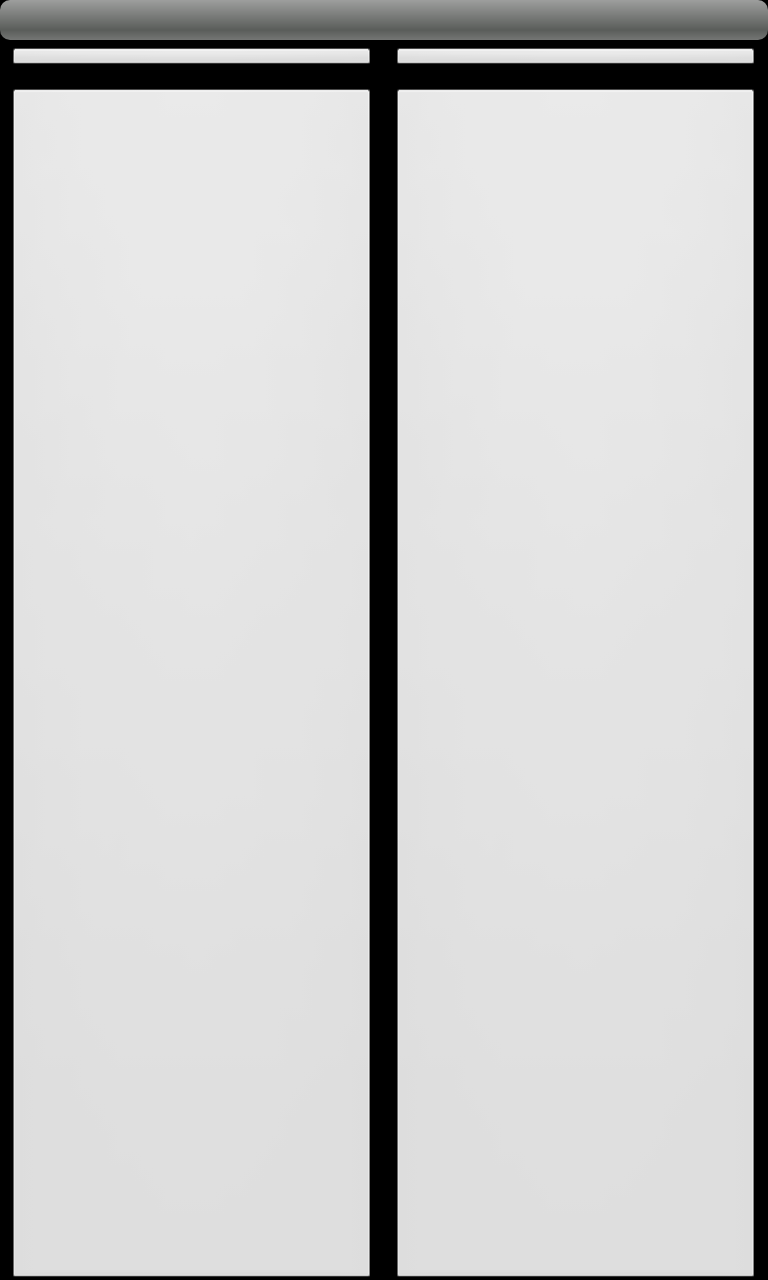
Repository: aster9725/HK-CityU-SummerExchange
Layout: Copy of WordQuiz/res/layout/activity_game.xml
An editor plug-in stored every save of this project. The layout is shown before and after the next save, followed by the edit.
It is drawn on a 768 x 1280 px phone screen (xhdpi) without system bars, with theme android:Theme; the app's code is not run.

Above is the layout before, as saved 2014-07-24 10:30:29.

After the next save:
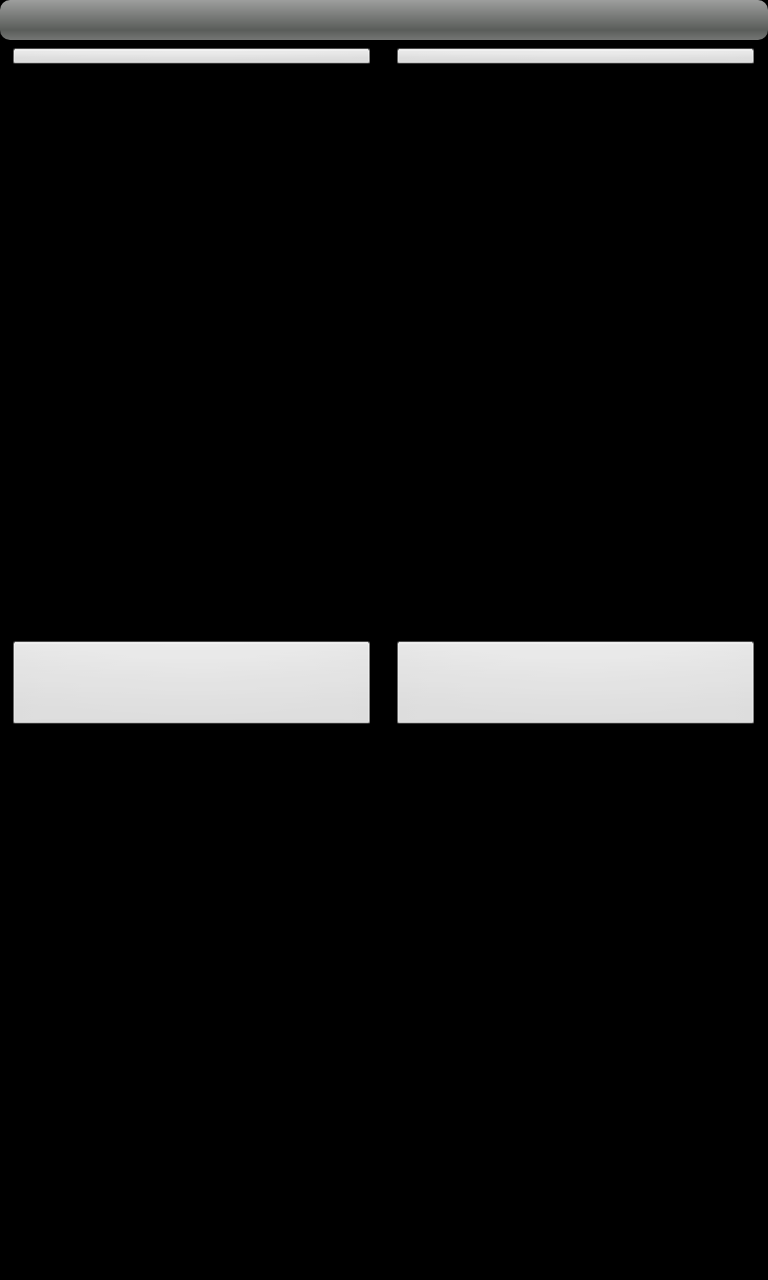
Saved 24 min 26 s later.
--- a/Copy of WordQuiz/res/layout/activity_game.xml
+++ b/Copy of WordQuiz/res/layout/activity_game.xml
@@ -28,7 +28,7 @@
         <ImageButton
             android:id="@+id/btnans1"
             android:layout_width="wrap_content"
-            android:layout_height="fill_parent"
+            android:layout_height="wrap_content"
             android:layout_gravity="center_vertical|center_horizontal"
             android:layout_margin="3sp"
             android:layout_weight="1" />
@@ -36,7 +36,7 @@
         <ImageButton
             android:id="@+id/btnans2"
             android:layout_width="wrap_content"
-            android:layout_height="fill_parent"
+            android:layout_height="wrap_content"
             android:layout_gravity="center_vertical|center_horizontal"
             android:layout_margin="3sp"
             android:layout_weight="1" />
@@ -52,7 +52,7 @@
         <ImageButton
             android:id="@+id/btnans3"
             android:layout_width="wrap_content"
-            android:layout_height="fill_parent"
+            android:layout_height="wrap_content"
             android:layout_gravity="center_vertical|center_horizontal"
             android:layout_margin="3sp"
             android:layout_weight="1" />
@@ -60,7 +60,7 @@
         <ImageButton
             android:id="@+id/btnans4"
             android:layout_width="wrap_content"
-            android:layout_height="match_parent"
+            android:layout_height="wrap_content"
             android:layout_gravity="center_vertical|center_horizontal"
             android:layout_margin="3sp"
             android:layout_weight="1" />
